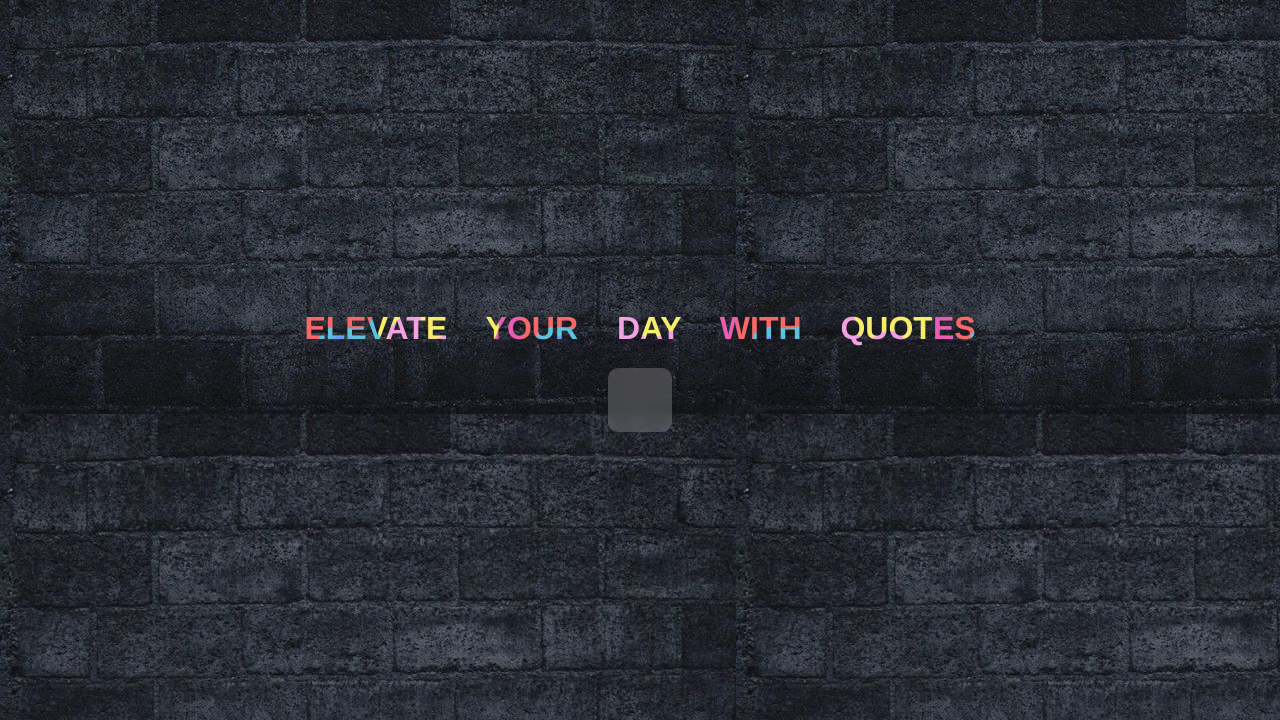
Repository: Bhavik-Sanghar/Quote-app
Page: /
These files come from the project's save history. The page is drawn as it stood at one moment and after the next save; the edit follows.
The browser window is 1280 px wide. The pictures show the whole page.
The page's requests for data from a server got no answer. The project was rebuilt for these pictures with package versions that can differ from the ones it lists, and the page was loaded fresh each time. No one was signed in, and anything a server would have sent is missing. Also part of the build but not shown: src/styles.css.

Above is the page before, as saved 2023-08-18 15:02:49.

After the next save:
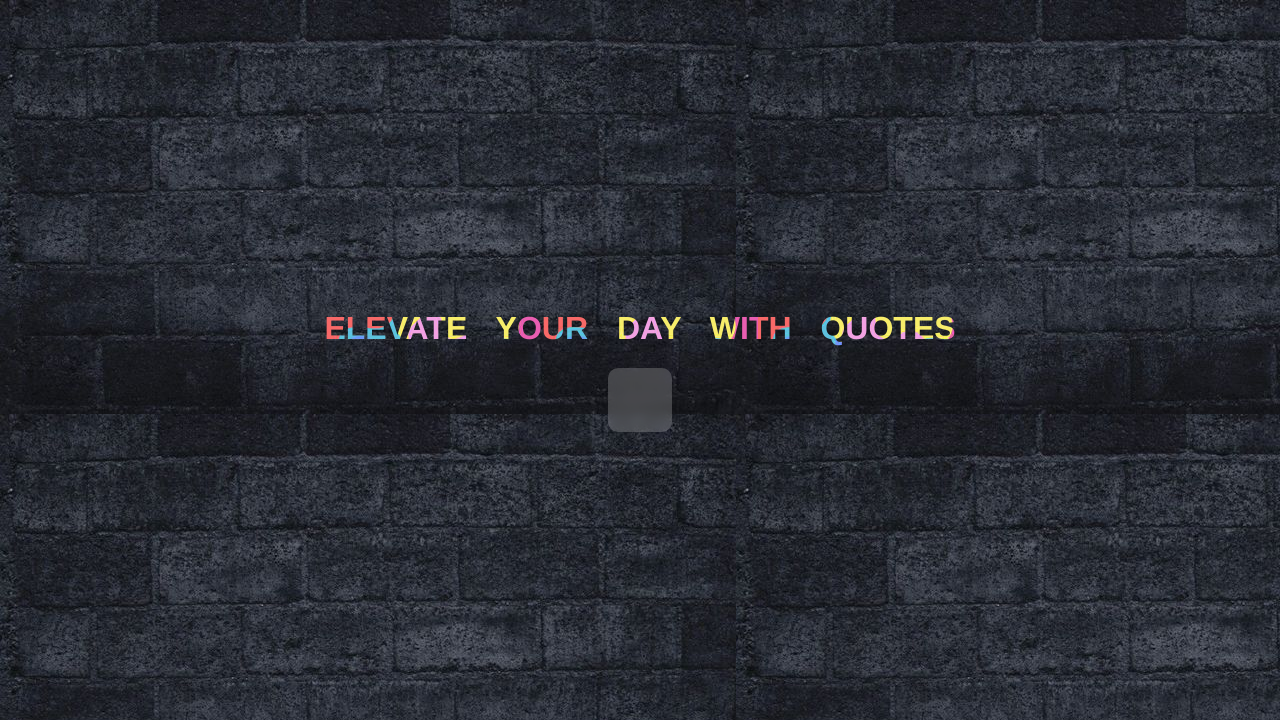
Saved 7 s later.
--- a/src/components/New.css
+++ b/src/components/New.css
@@ -17,7 +17,7 @@
     -webkit-background-clip: text;
     -webkit-text-fill-color: transparent;
     text-align: center;
-    word-spacing: 30px;
+    word-spacing: 20px;
     font-weight: bold;
     text-transform: uppercase;
     font-family: 'Steelfish Rg', 'helvetica neue';
